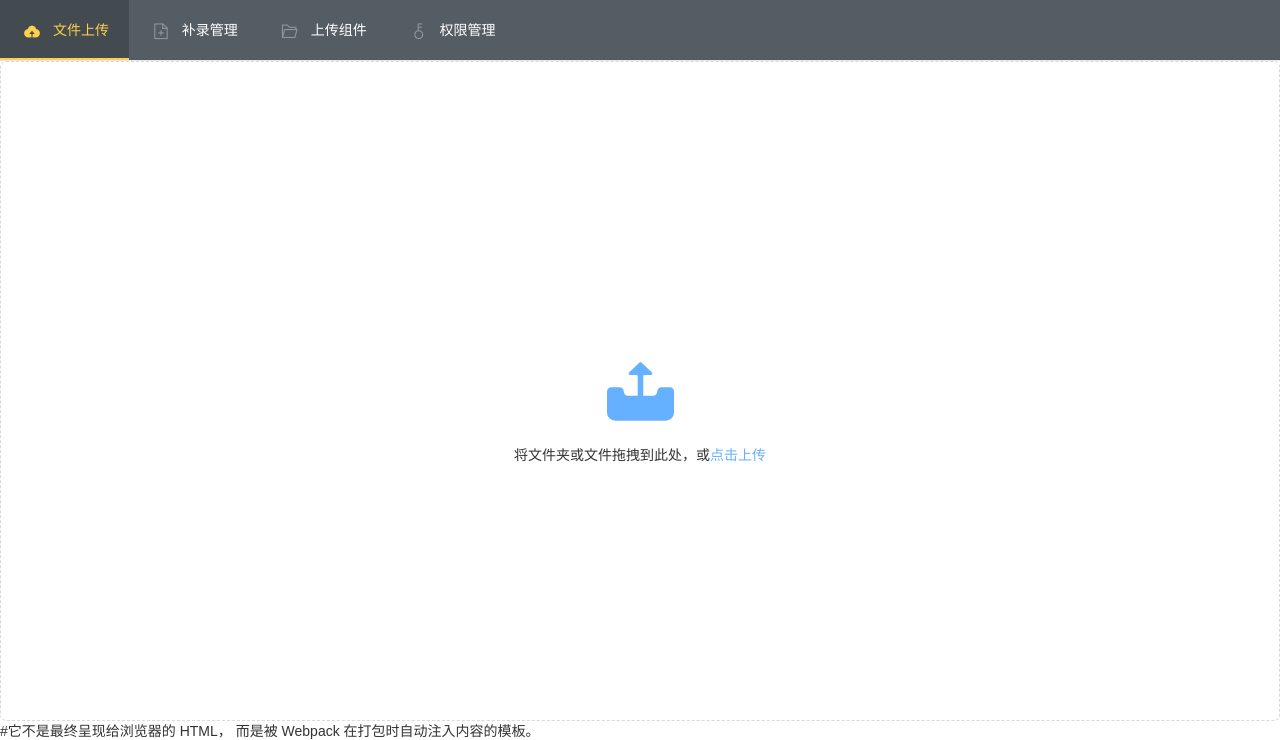
Repository: Savannah20041208/new_web-vue2
Page: /
These files come from the project's save history. The page is drawn as it stood at one moment and after the next save; the edit follows.
The browser window is 1280 px wide. The pictures show the whole page.
The page's requests for data from a server got no answer. The project was rebuilt for these pictures with package versions that can differ from the ones it lists, and the page was loaded fresh each time. No one was signed in, and anything a server would have sent is missing. Also part of the build but not shown: vue.config.js, src/components/x-upload/components/x-file.vue, src/components/permission/index.vue, src/components/supplement/index.vue.

Above is the page before, as saved 2025-08-04 18:32:33.

After the next save:
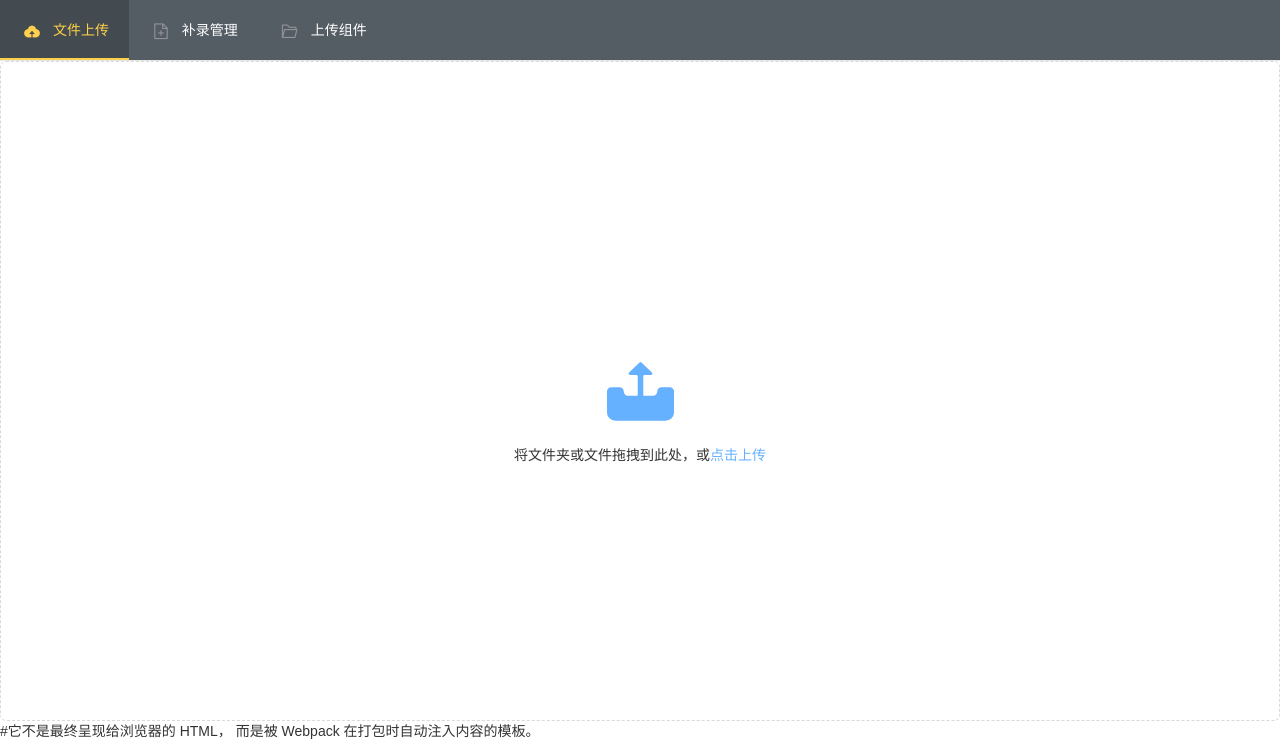
Saved 76 s later.
--- a/src/components/navigation/index.vue
+++ b/src/components/navigation/index.vue
@@ -20,10 +20,6 @@
       <el-menu-item index="/xupload">
         <i class="el-icon-folder-opened"></i>
         上传组件
-      </el-menu-item>
-      <el-menu-item index="/permission">
-        <i class="el-icon-key"></i>
-        权限管理
       </el-menu-item>
     </el-menu>
   </div>
